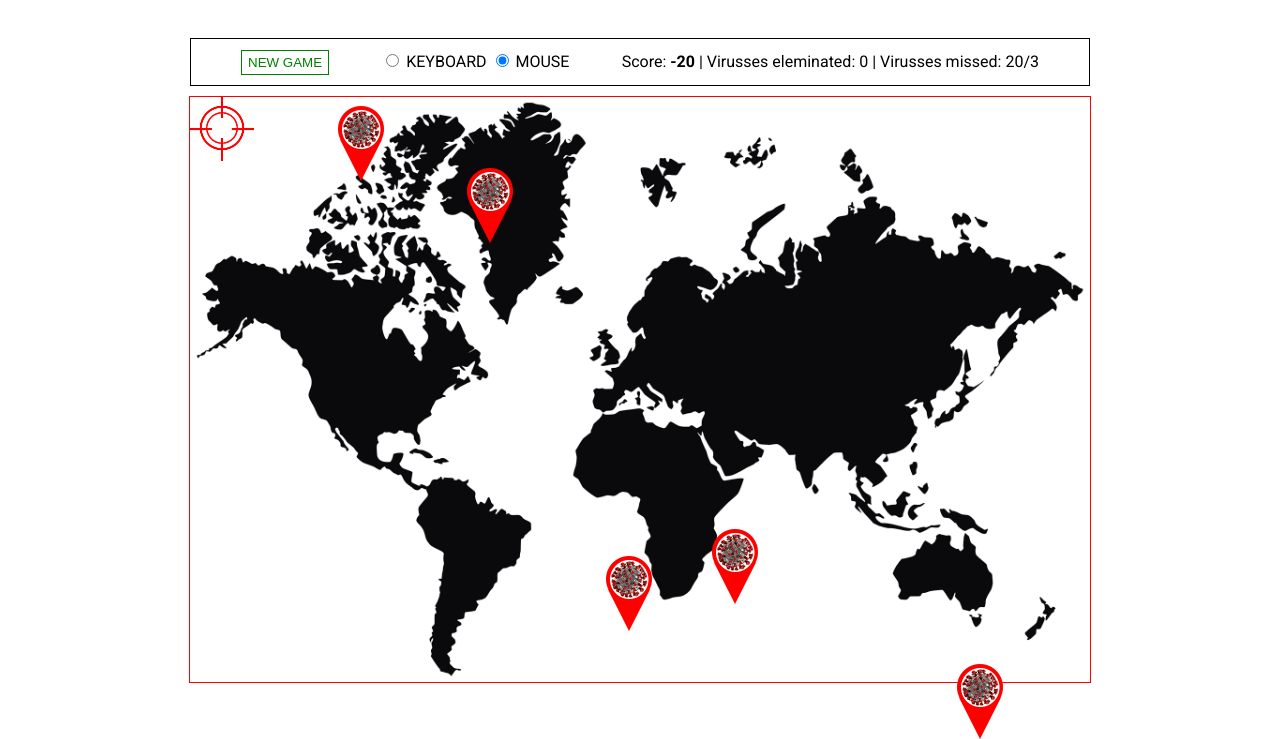
Repository: Baterka/DestroyTheVirus
Page: index.html
These files come from the project's save history. The page is drawn as it stood at one moment and after the next save; the edit follows.
The browser window is 1280 px wide. The pictures show the whole page.

Above is the page before, as saved 2020-03-20 01:30:49.

### index.html
<!DOCTYPE html>
<html lang="en">

<head>
    <meta charset="utf-8">
    <meta http-equiv="X-UA-Compatible" content="IE=edge">
    <title></title>
    <meta name="description" content="">
    <meta name="viewport" content="width=device-width, initial-scale=1">
    <link rel="stylesheet" href="style.css">
</head>

<body onload="game.init()">
    <div class="flex-container">
        <div class="flex-row" id="toolbar">
            <div class="col">
                <button id="button_newGame">NEW GAME</button>
            </div>
            <div class="col">
                <input type="radio" id="radio_keyboard" name="input" value="keyboard" onclick="player.changeInput(this);" />
                <label for="radio_keyboard">KEYBOARD</label>
                <input type="radio" id="radio_mouse" name="input" value="mouse" checked onclick="player.changeInput(this);" />
                <label for="radio_mouse">MOUSE</label>
            </div>
            <div class="col scoreboard">
                Score: <b><span id="score">0</span></b> | Virusses eleminated: <span id="eliminated">0</span> | Virusses missed: <span id="missed">0</span>/3
            </div>
        </div>
        <div class="flex-row" id="canvas" ondragstart="return false;" ondrop="return false;">
            <div id="target"></div>
            <div id="virusses">
            </div>
            <div id="gameOver" class="noselect">
                GAME OVER
            </div>
            <div id="deadZone"></div>
        </div>
    </div>
    <script src="./main.js" async defer></script>
</body>

</html>

### style.css
@import url('https://fonts.googleapis.com/css?family=Roboto:400,700&display=swap');
html,
body,
.flex-container {
    font-family: 'Roboto', sans-serif;
    padding: 0;
    margin: 0;
    width: 100%;
    height: 100%;
}

.flex-container {
    display: flex;
    justify-content: center;
    align-items: center;
    flex-direction: column;
}

#canvas {
    z-index: 0;
    /* cursor: none; */
    position: relative;
    width: calc(20px * 45);
    height: calc(13px * 45);
    border: 1px solid red;
    /* https://cz.pinterest.com/pin/298574650280907774/ */
    background-image: url(./world_map.png);
    background-repeat: no-repeat;
    background-size: 100% 100%;
}

#toolbar {
    margin-bottom: 10px;
    width: calc(20px * 45);
    padding: 10px 50px;
    box-sizing: border-box;
    border: 1px solid black;
    display: flex;
    justify-content: space-between;
    align-items: center;
    flex-direction: row;
}

.col {
    display: inline-block;
    vertical-align: middle;
    line-height: 25px;
}

button {
    height: 25px;
    border: 1px solid black;
    background-color: transparent;
    color: black;
}

#button_newGame:disabled {
    height: 25px;
    border: 1px solid gray;
    background-color: transparent;
    color: gray;
}

#button_newGame {
    color: green;
    border: 1px solid green;
}

#target {
    z-index: -1;
    pointer-events: none;
    position: absolute;
    display: none;
    top: 0;
    left: 0;
    width: 64px;
    height: 64px;
    /* https://www.stickpng.com/img/miscellaneous/symbols/red-target */
    background-image: url(./target.png);
    background-repeat: no-repeat;
    background-size: 100% 100%;
}

.virus {
    z-index: -2;
    position: absolute;
    top: 0;
    left: 0;
    width: 46px;
    height: 75px;
    background-image: url(./corona.png);
    background-repeat: no-repeat;
    background-size: 100% 100%;
}

.virus .clickable {
    width: 46px;
    height: 46px;
    border-radius: 46px;
}

#deadZone {
    z-index: 0;
    display: none;
    position: absolute;
    top: 0;
    left: 0;
    right: 100%;
    bottom: 0;
    background-color: rgba(255, 0, 0, 0.5);
    border-right: 1px solid red;
}

#gameOver {
    z-index: 0;
    display: none;
    height: 100%;
    align-items: center;
    justify-content: center;
    background-color: rgba(0, 0, 0, .9);
    color: red;
    font-weight: bold;
    font-size: 50px;
}


/* https://stackoverflow.com/questions/826782/how-to-disable-text-selection-highlighting */

.noselect {
    -webkit-touch-callout: none;
    -webkit-user-select: none;
    -khtml-user-select: none;
    -moz-user-select: none;
    -ms-user-select: none;
    user-select: none;
}

### main.js
const randomNumber = (min, max) => {
    return Math.floor((Math.random() * max) + min);
}

class Audio {

    globalVolume = 0.25;

    _sources = {
        // https://freesound.org/people/InspectorJ/sounds/484344/
        success: "./success.wav",
        // https://freesound.org/people/LorenzoTheGreat/sounds/417794/
        fail: "./fail.wav"
    }

    tracks = {};

    constructor() {
        for (let key in this._sources) {
            this.tracks[key] = document.createElement("audio");
            this.tracks[key].volume = this.globalVolume;
            this.tracks[key].src = this._sources[key];
            console.log(`[AUDIO] Source '${key}' loaded.`);
        }
    }

    play(track) {
        if (!track)
            console.error(`[AUDIO] Source '${name}' does not exist.`);
        track.currentTime = 0;
        track.play();
    }
}

class Game {
    // Will be loaded after DOM will be rendered
    World = null;
    Player = null;
    Virus = null;

    // Audio
    _Audio = new Audio();

    // Ticks per second (frames-per-second)
    tps = 60;

    // ENUM: RUNNING, GAMEOVER
    gameState = "GAMEOVER"

    constructor() {}

    /**
     * Called after DOM rendered
     */
    init() {
        this.World = new World(this);
        this.Player = new Player(this, document.querySelector('input[name="input"]:checked'));
        this.Virus = new Virus(this);

        // Game tick
        setInterval(() => this._tick(), 1000 / this.tps);
    }

    /**
     * Game tick
     */
    _tick() {
        // Legacy (I used event handlers instead)
    }

    addScore() {
        this._Audio.play(this._Audio.tracks.success);
        this.Player.setScore(1);
    }

    deleteScore() {
        this._Audio.play(this._Audio.tracks.fail);
        this.Player.setScore(-1);

        this.World.inceraseDeadZone();
    }
}

/**
 * Input and score handler
 */
class Player {
    _scoreElem = document.getElementById('score');
    _eliminatedElem = document.getElementById('eliminated');
    _missedElem = document.getElementById('missed');
    _buttonNewGameElem = document.getElementById('button_newGame');

    keyboardSpeed = 10;

    pos = {
        x: 0,
        y: 0
    }

    score = 0;
    eliminated = 0;
    missed = 0;

    maxMissed = 3;

    constructor(game, radioElem) {
        // Reference to Game controller
        this._Game = game;

        this.changeInput(radioElem);

        // Start listening to input events
        this._listenToEvents();
    }


    setVirus(virus) {
        this._Virus = virus;
    }

    changeInput(radioElem) {
        if (radioElem.value !== this.radio_input) {
            this.radio_input = radioElem.value;
            console.log("Input type changed to:", this.radio_input);
        }
    }

    resetScore() {
        this.score = 0;
        this.eliminated = 0;
        this.missed = 0;

        this._scoreElem.innerHTML = this.score;
        this._eliminatedElem.innerHTML = this.eliminated;
        this._missedElem.innerHTML = this.missed;
    }

    setScore(add) {
        this.score += add;
        if (add > 0)
            this.eliminated++;
        if (add < 0)
            this.missed++;

        this._scoreElem.innerHTML = this.score;
        this._eliminatedElem.innerHTML = this.eliminated;
        this._missedElem.innerHTML = this.missed;
    }

    _listenToEvents() {

        this._buttonNewGameElem.addEventListener("click", e => {
            if (this.gameState !== "RUNNING") {
                this._Game.World.toggleGameOver(true);
                this._Game.Player.Virus.toggleSpawning(true);
                this._buttonNewGameElem.disabled = true;
                this._Game.Player.resetScore()
            }
        });

        /**
         * Why not just listen on 'this._Game.World.canvas'?
         * Answer: Because I like sliding around corners!
         */
        document.addEventListener("mousemove", e => {
            if (this.radio_input !== 'mouse')
                return;

            this._Game.World.moveTarget(e.clientX, e.clientY);
        });

        /**
         * Why not just listen on 'this._Game.World.canvas'?
         * Answer: Same as above!
         */
        document.addEventListener("click", e => {
            const parent = e.target.parentElement;
            if (parent.className == 'virus') {
                console.log("Clicked on virus ID:", parent.id);
                if (!this._Virus)
                    return console.error("Virus Manager is not attached. Cannot call onClick action!");
                this._Virus.onClick(parent.id);
            }
        });

        document.addEventListener("keydown", e => {
            if (this.radio_input !== 'keyboard')
                return;

            switch (e.key) {
                case "w":
                    this.pos.y -= this.keyboardSpeed;
                    break;
                case "s":
                    this.pos.y += this.keyboardSpeed;
                    break;
                case "a":
                    this.pos.x -= this.keyboardSpeed;
                    break;
                case "d":
                    this.pos.x += this.keyboardSpeed;
                    break;
                default:
                    console.log("Undefined key pressed:", e.key);
                    break;
            }
        });
    }
}

class Virus {
    _parentElem = document.getElementById('virusses');
    _virusElem = document.createElement("div");

    _list = {};

    _spawningEnabled = true;

    _spawnRate = 200;

    constructor(game) {
        // Reference to Game controller
        this._Game = game;

        this._virusElem.className = "virus";
        const clickableElem = document.createElement("div");
        clickableElem.className = "clickable";
        clickableElem.onClick = e => {
            console.log(e);
        }
        this._virusElem.appendChild(clickableElem);

        if (this._spawningEnabled)
            this._spawner();
    }

    _spawner() {
        setTimeout(() => {
            if (!this._spawningEnabled)
                return;
            const x = randomNumber(this._Game.World.canvasBoundary.minX, this._Game.World.canvasBoundary.maxX + 15);
            const y = randomNumber(this._Game.World.canvasBoundary.minY, this._Game.World.canvasBoundary.maxY - 13);
            this.spawn(x, y);
            this._spawner();
        }, this._spawnRate);
    }

    toggleSpawning(enable) {
        this._spawningEnabled = enable;
        console.log("Virus spawning:", enable ? "enabled" : "disabled");
        if (this._spawningEnabled)
            this._spawner();
    }

    spawn(x, y) {
        const virusElem = this._virusElem.cloneNode(true);
        virusElem.style.left = x + "px";
        virusElem.style.top = y + "px";
        virusElem.id = this._list.length;
        this._list[virusElem.id] = virusElem;
        this._parentElem.appendChild(virusElem);
        this._autoHide(virusElem.id);
    }

    _autoHide(id) {
        setTimeout(() => {
            const elem = this._list[id];
            if (!elem)
                return;
            this._Game.deleteScore();
            elem.remove();
            delete this._list[id];
        }, 1000);
    }

    /**
     * Handling clicks on viruses
     */
    onClick(id) {
        if (!this._spawningEnabled)
            return;
        const elem = this._list[id];
        if (!elem)
            return;
        elem.remove();
        this._Game.addScore();
        delete this._list[id];
    }
}

class World {
    canvas = document.getElementById('canvas');

    _target = document.getElementById('target');

    _canvasOffset = {
        x: 0,
        y: 0
    }

    // DeadZone
    _deadZoneElem = document.getElementById("deadZone");
    _deadZonePixels = 0; // 10px per missed virus
    _deadZoneWidth = 0; // Depending on canvas


    // GameOver
    _gameOverElem = document.getElementById("gameOver");

    constructor() {
        // Reference to Game controller
        this._Game = game;

        this._target.style.display = "block";
        this._targetRect = this._target.getBoundingClientRect();
        this.targetDimension = {
            width: this._targetRect.width,
            height: this._targetRect.height
        }

        window.addEventListener("resize", () => {
            this._debounceResize(this._onWindowResize.bind(this))
        });

        this._onWindowResize();

        this._canvasRect = this.canvas.getBoundingClientRect();
        this.canvasBoundary = {
            minX: this._canvasOffset.x,
            minY: this._canvasOffset.y,
            maxX: this._canvasRect.width - this._canvasOffset.x,
            maxY: this._canvasRect.height - this._canvasOffset.y
        }
    }

    moveTarget(x, y) {
        x -= this.canvasOffset.x - this.targetDimension.width / 2;
        y -= this.canvasOffset.y - this.targetDimension.height / 2;;

        // Allow "corner sliding"
        x = (x > this.canvasBoundary.minX ? (x < this.canvasBoundary.maxX - this.targetDimension.width ? x : this.canvasBoundary.maxX - this.targetDimension.width) : this.canvasBoundary.minX)
        y = (y > this.canvasBoundary.minY ? (y < this.canvasBoundary.maxY - this.targetDimension.height ? y : this.canvasBoundary.maxY - this.targetDimension.height) : this.canvasBoundary.minY)

        this._target.style.left = x + "px";
        this._target.style.top = y + "px";
    }

    inceraseDeadZone(count = 10) {
        this._deadZonePixels += count;
        const width = Math.floor(this._deadZonePixels / this._canvasRect.height);
        this._deadZoneElem.style.right = this._canvasRect.width - width;
        console.log(this._deadZonePixels, this._canvasRect.height, width);
        if (width > 0)
            this._deadZoneElem.style.display = "block";

    }

    toggleGameOver(visible) {
        this._gameOverElem.style.display = visible ? "none" : "flex";
    }

    /**
     * Called on window resize (if not resized for more than 50ms to avoid lag)
     */
    _onWindowResize() {
        this.canvasOffset = {
            x: this.canvas.offsetLeft + this.targetDimension.width,
            y: this.canvas.offsetTop + this.targetDimension.height
        }
        console.log("Window resized! New cancas offset:", this.canvasOffset);
    }

    /**
     * Used to prevent lag on window resize event.
     * https://stackoverflow.com/questions/45905160/javascript-on-window-resize-end
     */
    _debounceResize(endFunc) {
        let timer;
        return event => {
            if (timer) clearTimeout(timer);
            timer = setTimeout(endFunc, 50, event);
        };
    }
}

const game = new Game();

After the next save:
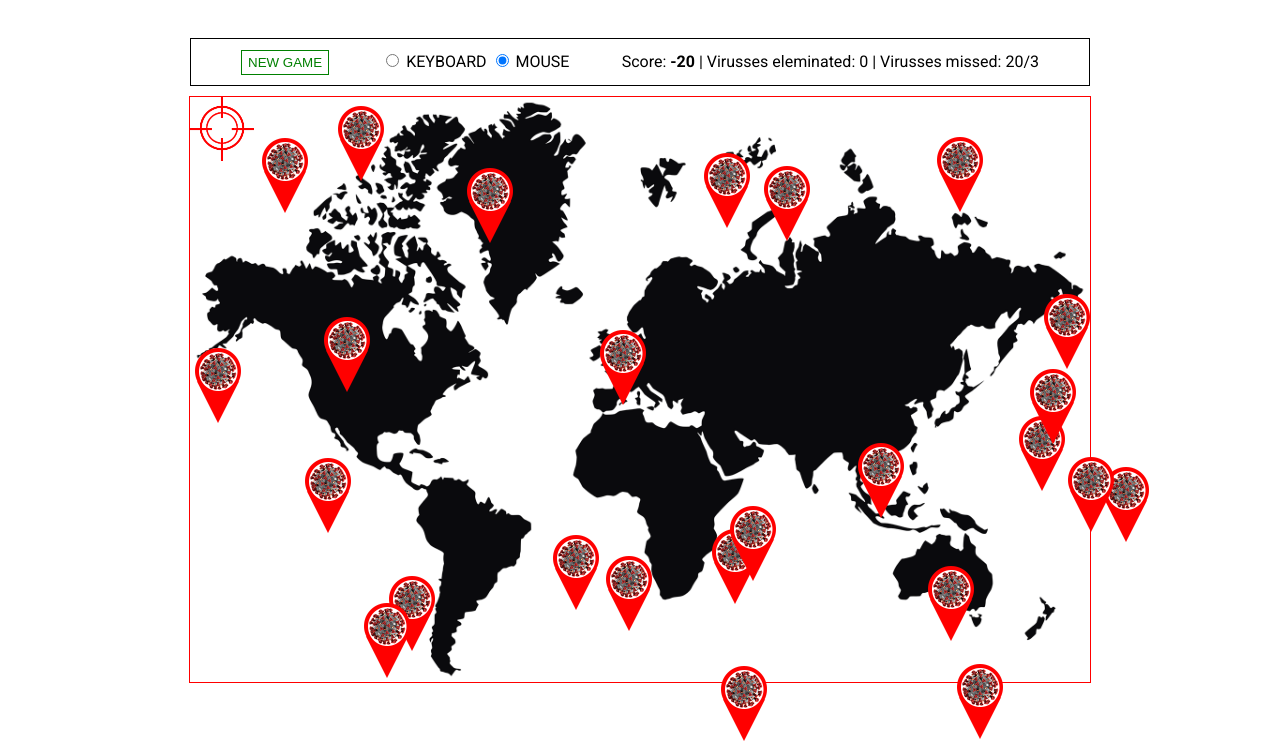
Console error: ReferenceError: _deadZoneWidth is not defined
Saved 71 s later.
--- a/main.js
+++ b/main.js
@@ -300,8 +300,7 @@
 
     // DeadZone
     _deadZoneElem = document.getElementById("deadZone");
-    _deadZonePixels = 0; // 10px per missed virus
-    _deadZoneWidth = 0; // Depending on canvas
+    _deadZoneWidth = 0;
 
 
     // GameOver
@@ -346,11 +345,9 @@
     }
 
     inceraseDeadZone(count = 10) {
-        this._deadZonePixels += count;
-        const width = Math.floor(this._deadZonePixels / this._canvasRect.height);
-        this._deadZoneElem.style.right = this._canvasRect.width - width;
-        console.log(this._deadZonePixels, this._canvasRect.height, width);
-        if (width > 0)
+        this._deadZoneWidth += count;
+        this._deadZoneElem.style.right = this._canvasRect.width - _deadZoneWidth;
+        if (_deadZoneWidth > 0)
             this._deadZoneElem.style.display = "block";
 
     }

After the 3 saves that followed:
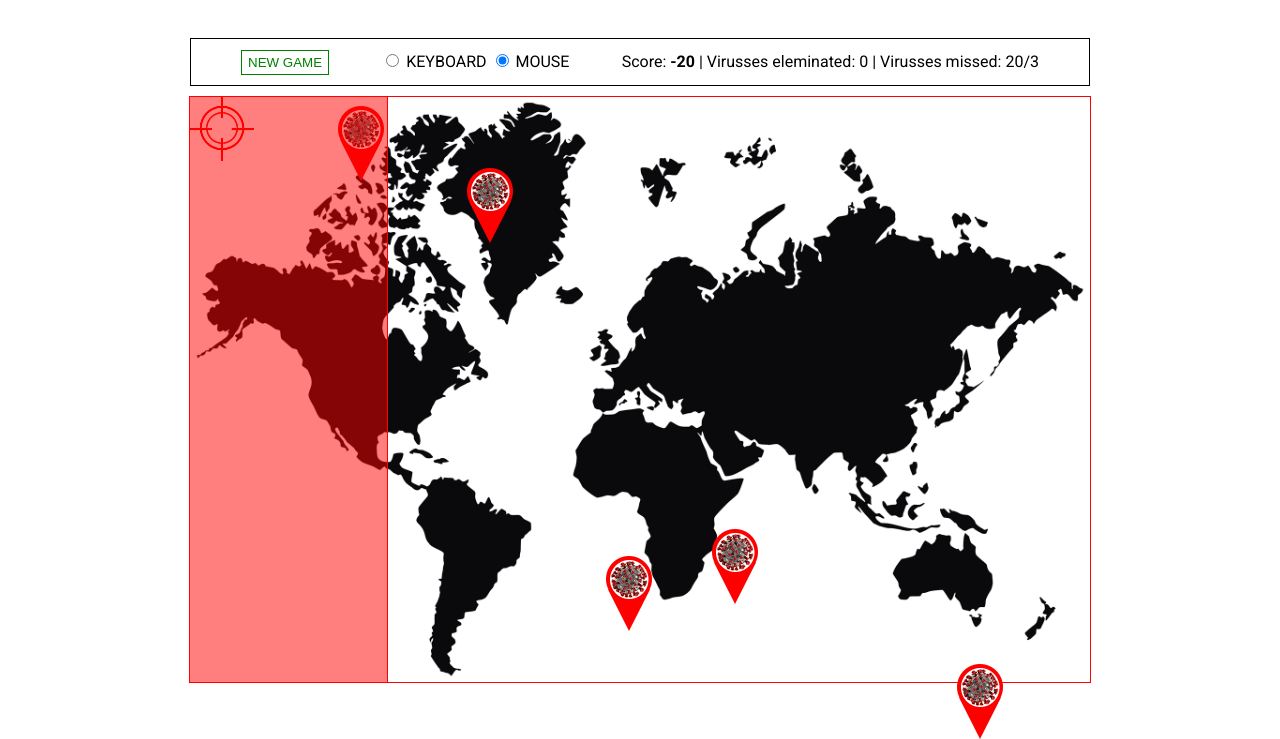
The error is gone.
The 3 saves are shown as one change because 2 left the picture as it was.
The last was saved 22 s later.
--- a/main.js
+++ b/main.js
@@ -346,8 +346,8 @@
 
     inceraseDeadZone(count = 10) {
         this._deadZoneWidth += count;
-        this._deadZoneElem.style.right = this._canvasRect.width - _deadZoneWidth;
-        if (_deadZoneWidth > 0)
+        this._deadZoneElem.style.right = (this._canvasRect.width - this._deadZoneWidth) + "px";
+        if (this._deadZoneWidth > 0)
             this._deadZoneElem.style.display = "block";
 
     }
